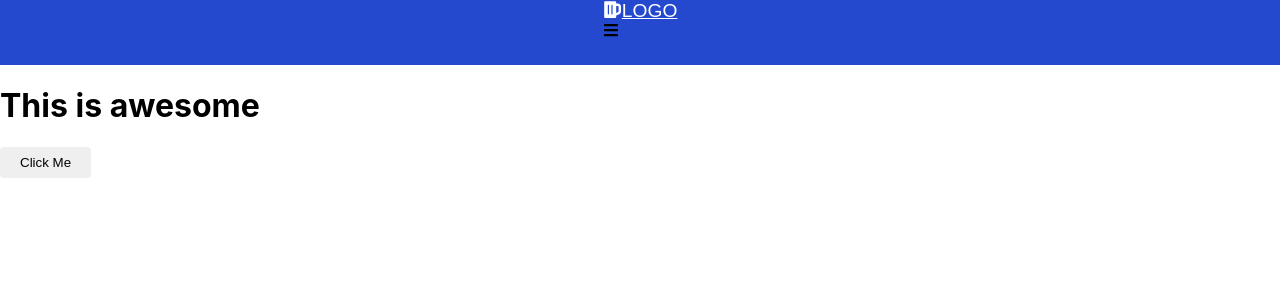
Repository: ajaygc95/Django-and-react
Page: / (app in galamart_sell/reactfrontend/)
These files come from the project's save history. The page is drawn as it stood at one moment and after a run of saves; the edit follows.
The browser window is 1280 px wide. The pictures show the whole page.
The project was rebuilt for these pictures with package versions that can differ from the ones it lists, and the page was loaded fresh each time. Also part of the build but not shown: galamart_sell/reactfrontend/src/components/Button.js, galamart_sell/reactfrontend/src/components/About.js, galamart_sell/reactfrontend/src/components/Shop.css, galamart_sell/reactfrontend/src/components/Shop.js, galamart_sell/reactfrontend/src/components/ItemDetail.js.

Above is the page before, as saved 2021-04-07 11:35:55.

After the next 2 saves:
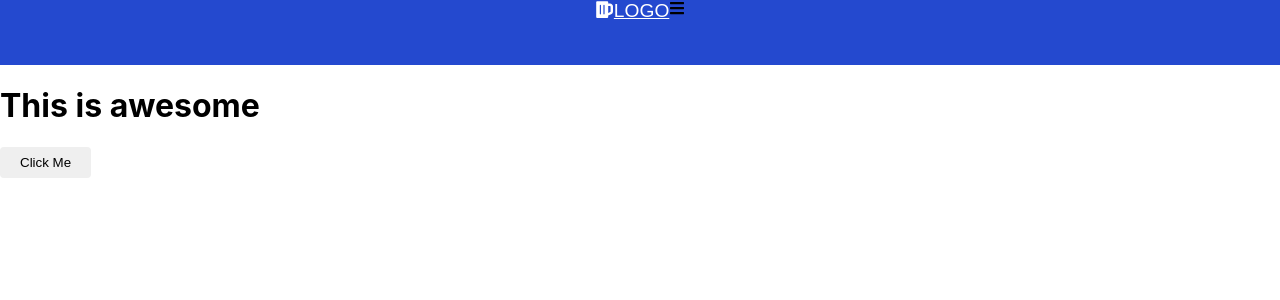
The 2 saves are shown as one change because they came seconds apart.
The last was saved 6 s later.
--- a/galamart_sell/reactfrontend/src/components/Nav.css
+++ b/galamart_sell/reactfrontend/src/components/Nav.css
@@ -9,17 +9,15 @@
   justify-content: center;
 }
 
-.navbar-container{
-
+.navbar-container {
+  display: flex;
 }
-
 
 .navbar-logo {
   display: flex;
   color: white;
   font-size: 1.2rem;
 }
-
 
 /* .navbar {
   background: #2449cf;
